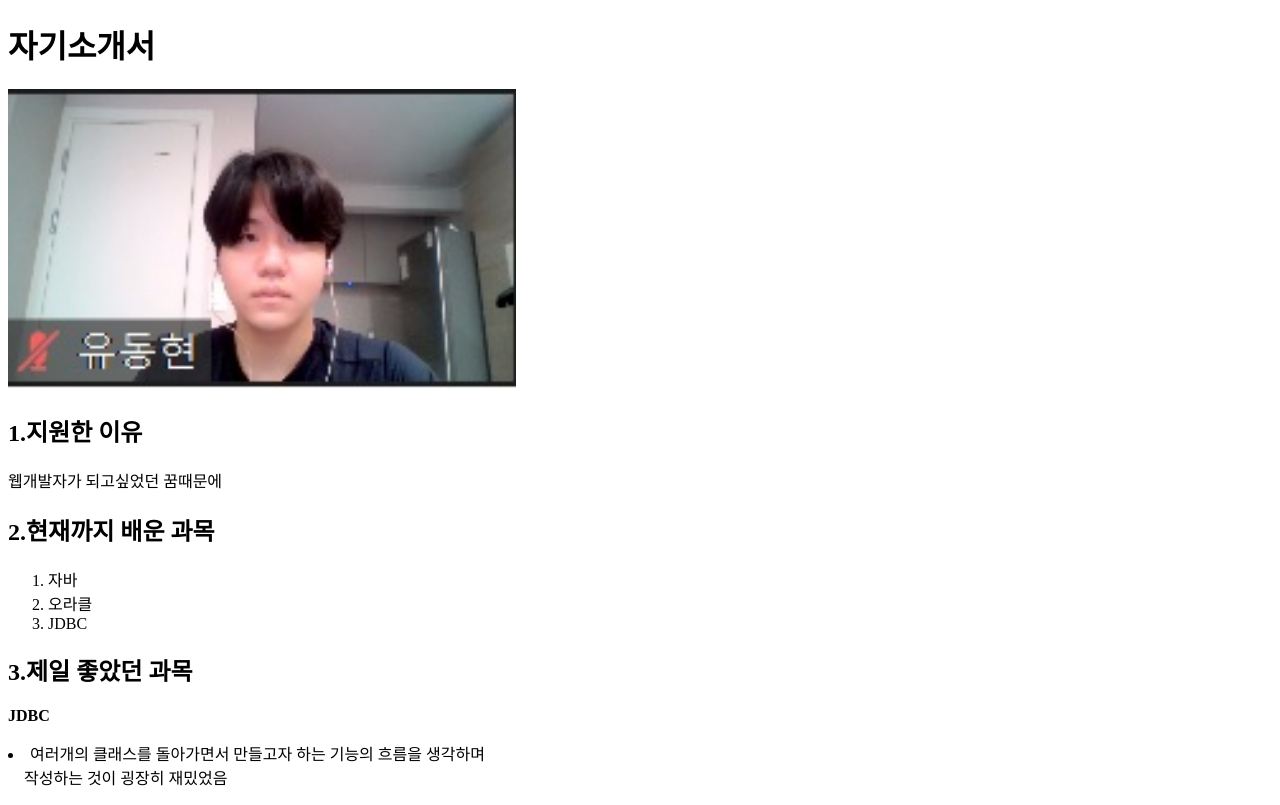
Repository: DongHyenYoo/DongHyen
Page: JdbcStudy/HTMLTEST/WebContent/SelfIntro.html
These files come from the project's save history. The page is drawn as it stood at one moment and after the next save; the edit follows.
The browser window is 1280 px wide. The pictures show the whole page.

Above is the page before, as saved 2022-09-23 07:28:37.

### JdbcStudy/HTMLTEST/WebContent/SelfIntro.html
<!DOCTYPE html>
<html>
<head>
<meta charset="UTF-8">
<title>Insert title here</title>
</head>
<body>
	<h1>자기소개서</h1>

	<img src="Test.jpg" height = "300" alt="테스트용 사진">
	<h2>1.지원한 이유</h2>
	<p>웹개발자가 되고싶었던 꿈때문에</p>


	<h2>2.현재까지 배운 과목</h2>
	<p>
	<ol>
		<li>자바</li>
		<li>오라클</li>
		<li>JDBC</li>
	</ol>
	</p>


	<h2>3.제일 좋았던 과목</h2>
	<p>
		<strong>JDBC</strong>
	<li>여러개의 클래스를 돌아가면서 만들고자 하는 기능의 흐름을 생각하며<br>
		&nbsp;&nbsp;&nbsp;&nbsp;작성하는 것이 굉장히 재밌었음
	</li>
	</p>






</body>
</html>

After the next save:
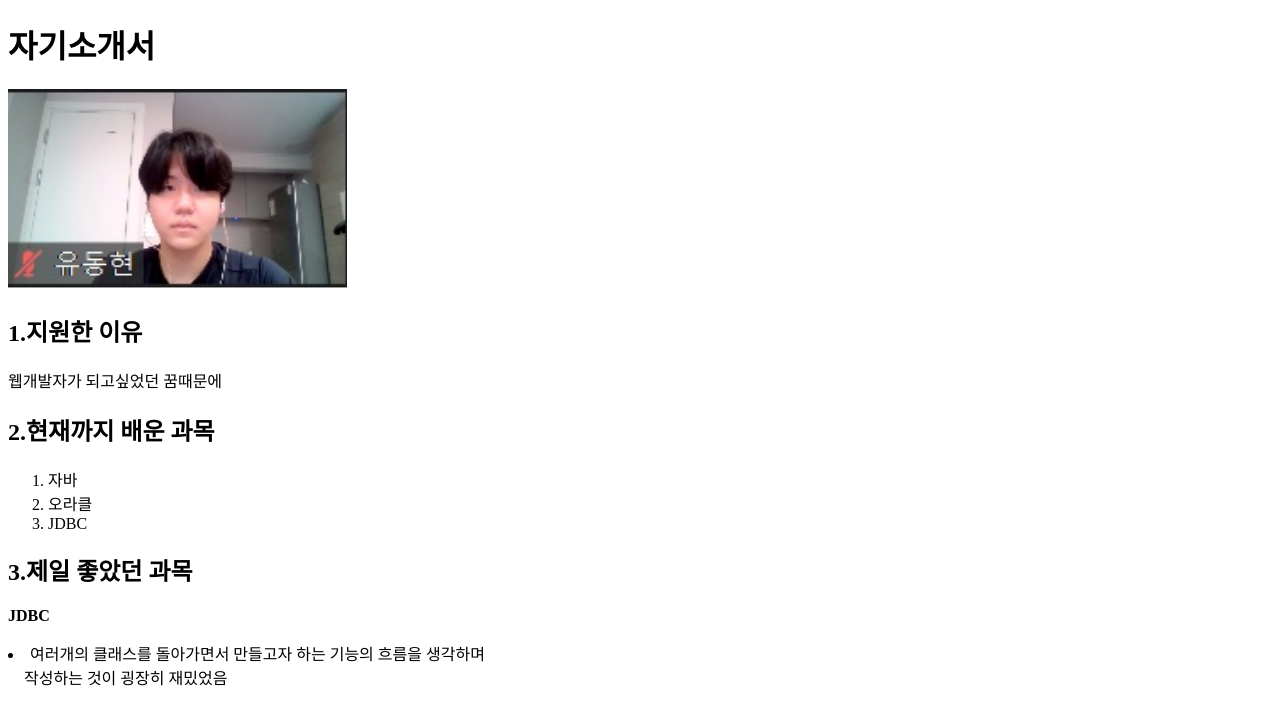
Saved 15 s later.
--- a/JdbcStudy/HTMLTEST/WebContent/SelfIntro.html
+++ b/JdbcStudy/HTMLTEST/WebContent/SelfIntro.html
@@ -7,7 +7,7 @@
 <body>
 	<h1>자기소개서</h1>
 
-	<img src="Test.jpg" height = "300" alt="테스트용 사진">
+	<img src="Test.jpg" height = "200" alt="테스트용 사진">
 	<h2>1.지원한 이유</h2>
 	<p>웹개발자가 되고싶었던 꿈때문에</p>
 
